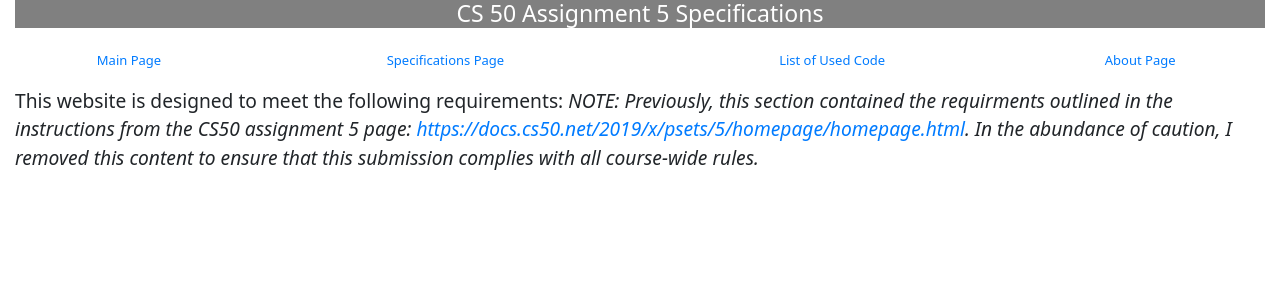
Repository: RSchwinn/cs50
Page: workspace/pset5/homepage/specs.html
The author's editor kept a record of every edit. The page is drawn from the files as they stood at one moment, then again after the next edit.
The browser window is 1280 px wide. The pictures show the whole page.

Above is the page before.

### workspace/pset5/homepage/specs.html
<!DOCTYPE html>

<html lang="en">
    <head>
        <!-- Required meta tags -->
        <meta charset="utf-8">
        <meta name="viewport" content="width=device-width, initial-scale=1, shrink-to-fit=no">

        <!-- Bootstrap CSS -->
        <link rel="stylesheet" href="https://stackpath.bootstrapcdn.com/bootstrap/4.1.3/css/bootstrap.min.css" integrity="sha384-MCw98/SFnGE8fJT3GXwEOngsV7Zt27NXFoaoApmYm81iuXoPkFOJwJ8ERdknLPMO" crossorigin="anonymous">
        <link href="styles.css" rel="stylesheet">
        <title>CS 50 Assignment 5 Specifications</title>
    </head>
    <body>
        <div class="container-fluid">
<h1> CS 50 Assignment 5 Specifications </h1>
<table style="width:100%">
  <tr>
<td><a href="index.html">Main Page</a> </td>
<td><a href="specs.html">Specifications Page</a> </td>
<td><a href="add.html">List of Used Code</a> </td>
<td><a href="about.html">About Page</a> </td>
</tr>
</table>

      This website is designed to meet the following requirements:

      <i>NOTE: Previously, this section contained the requirments outlined in the instructions from the CS50 assignment 5
      page: <a href = "https://docs.cs50.net/2019/x/psets/5/homepage/homepage.html">https://docs.cs50.net/2019/x/psets/5/homepage/homepage.html</a>.
      In the abundance of caution, I removed this content to ensure that this submission complies with all course-wide rules.</i>


    <script src="https://code.jquery.com/jquery-3.3.1.slim.min.js" integrity="sha384-q8i/X+965DzO0rT7abK41JStQIAqVgRVzpbzo5smXKp4YfRvH+8abtTE1Pi6jizo" crossorigin="anonymous"></script>
    <script src="https://cdnjs.cloudflare.com/ajax/libs/popper.js/1.14.3/umd/popper.min.js" integrity="sha384-ZMP7rVo3mIykV+2+9J3UJ46jBk0WLaUAdn689aCwoqbBJiSnjAK/l8WvCWPIPm49" crossorigin="anonymous"></script>
    <script src="https://stackpath.bootstrapcdn.com/bootstrap/4.1.3/js/bootstrap.min.js" integrity="sha384-ChfqqxuZUCnJSK3+MXmPNIyE6ZbWh2IMqE241rYiqJxyMiZ6OW/JmZQ5stwEULTy" crossorigin="anonymous"></script>
    </div>
    </body>
</html>

### workspace/pset5/homepage/styles.css
body
{
    font-size: larger;
    font-family: sans;
}

h1
{
    background-color: grey;
    color: white;
    font-size: larger;
    font-family: sans;
    text-align: center;
}

#unique
{
    border: 4px dotted blue;
}

table
{
    border: 1px solid white;
    text-align: center;
    width:100%;
    font-size: small;
}

tr
{
    height: 50px;
}

td
{
    border: 1px solid white;
    color: white;
}

.students
{
    background-color: yellow;
    opacity: 0.7;
}

After the next edit:
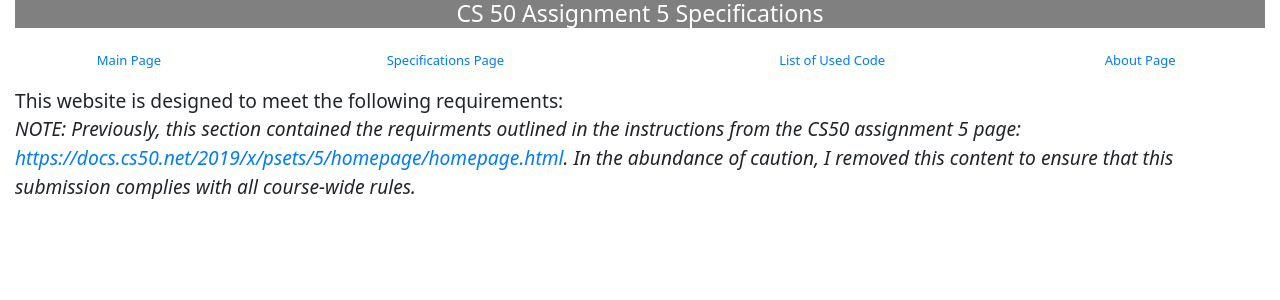
The edit:
--- a/workspace/pset5/homepage/specs.html
+++ b/workspace/pset5/homepage/specs.html
@@ -23,7 +23,7 @@
 </tr>
 </table>
 
-      This website is designed to meet the following requirements:
+      This website is designed to meet the following requirements: <br>
 
       <i>NOTE: Previously, this section contained the requirments outlined in the instructions from the CS50 assignment 5
       page: <a href = "https://docs.cs50.net/2019/x/psets/5/homepage/homepage.html">https://docs.cs50.net/2019/x/psets/5/homepage/homepage.html</a>.
